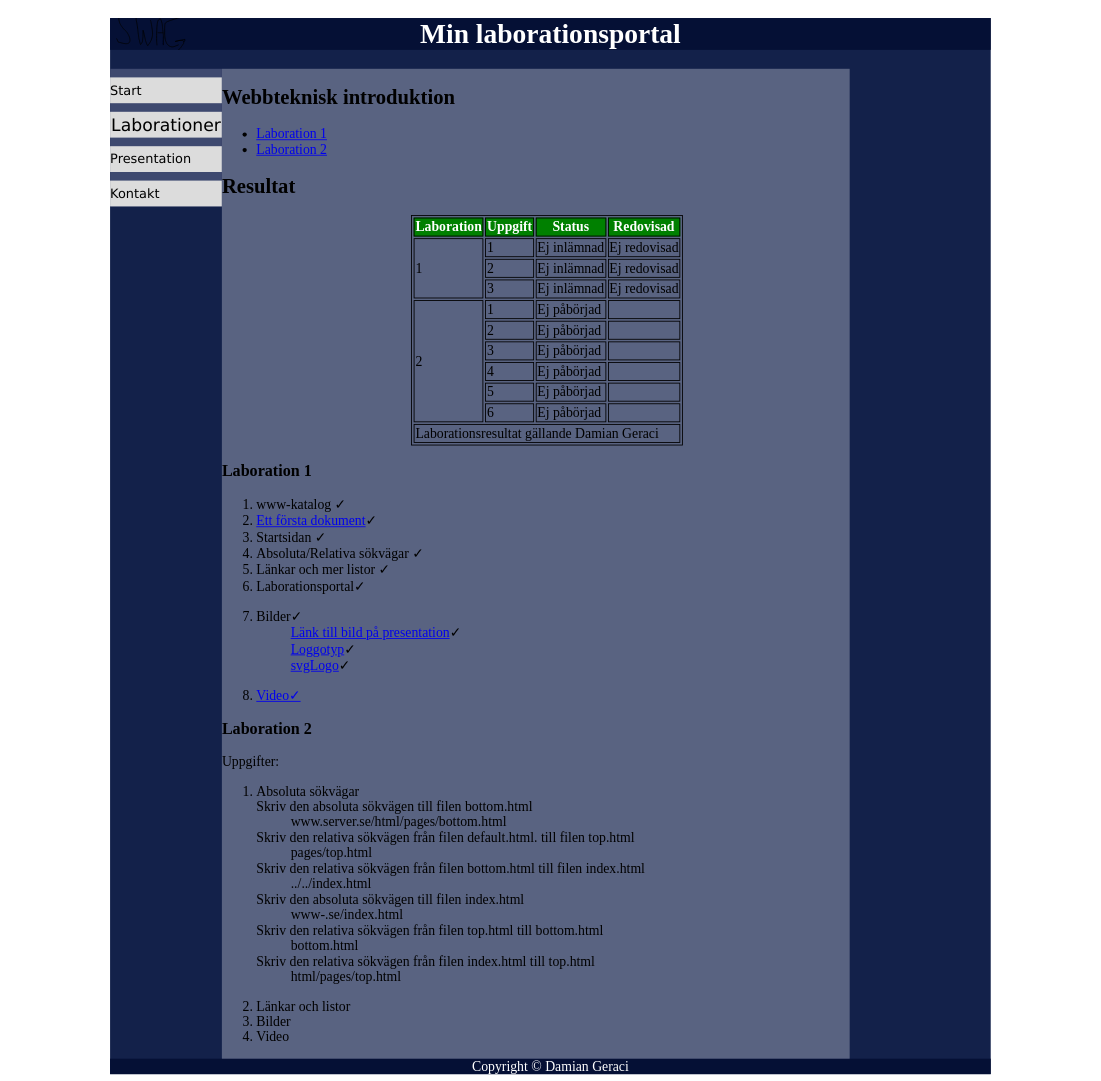
Repository: dg222dm/1ik415-laborationer
Page: pages/laborationer.html
The author's editor kept a record of every edit. The page is drawn from the files as they stood at one moment, then again after the next edit.
The browser window is 1280 px wide. The pictures show the whole page, at 86% of full size.

Above is the page before.

### pages/laborationer.html
<!doctype html>
<html lang="sv">
    <head>
        <link rel="stylesheet"  href="../css/style.css" />
        <meta charset="utf-8" />
        <title>Laborationer</title>
        <!--http://docs.webplatform.org/wiki/guides/html_tables -->
        <style>
        table,th,td
        {
        border:1px solid black;
        }
        </style>
    </head>

    <body>
    <div id="background">
    <div id="header">
        <h1>Min laborationsportal</h1>
    </div>

    <div id="nav">
        <ul>
            <li><a href="../index.html">Start</a></li>
            <li class="active"><a href="laborationer.html">Laborationer</a></li>
            <li><a href="presentation.html">Presentation</a></li>
            <li><a href="kontakt.html">Kontakt</a></li>

        </ul>
    </div>
    <div id="content">
    <article>
        <h2>Webbteknisk introduktion</h2>

        <ul>
            <li><a href="#lab1">Laboration 1</a></li>
            <li><a href="#lab2">Laboration 2</a></li>
        </ul>

<!--Tabell med studieresultat -->
<!-- http://www.w3schools.com/tags/tryit.asp?filename=tryhtml_td_rowspan -->
        <h2>Resultat</h2>
        <table class="center">
            <thead>
                <tr>
                    <th>Laboration</th>
                    <th>Uppgift</th>
                    <th>Status</th>
                    <th>Redovisad</th>
                </tr>
            </thead>
            <tbody>
                <tr>
                    <td rowspan="3">1</td>
                    <td>1</td>
                    <td>Ej inlämnad</td>
                    <td>Ej redovisad</td>

                </tr>
                <tr>
                    <td>2</td>
                    <td>Ej inlämnad</td>
                    <td>Ej redovisad</td>
                </tr>
                <tr>
                    <td>3</td>
                    <td>Ej inlämnad</td>
                    <td>Ej redovisad</td>
                </tr>
                <tr>
                    <td rowspan="6">2</td>
                    <td>1</td>
                    <td>Ej påbörjad</td>
                    <td></td>
                </tr>
                <tr>
                    <td>2</td>
                    <td>Ej påbörjad</td>
                    <td></td>
                </tr>
                <tr>
                    <td>3</td>
                    <td>Ej påbörjad</td>
                    <td></td>
                </tr>
                <tr>
                    <td>4</td>
                    <td>Ej påbörjad</td>
                    <td></td>
                </tr>
                <tr>
                    <td>5</td>
                    <td>Ej påbörjad</td>
                    <td></td>
                </tr>
                <tr>
                    <td>6</td>
                    <td>Ej påbörjad</td>
                    <td></td>
                </tr>
            </tbody>
            <tfoot>
                <tr>
                    <td colspan="4">Laborationsresultat gällande Damian Geraci</td>
                </tr>
            </tfoot>
        </table>
<!--Slut på länklista med ID attributer-->
        <h3><a id="lab1">Laboration 1</a></h3>
        <ol>
            <li>www-katalog &#x2713;</li>
            <li><a href="presentation.html">Ett första dokument</a>&#x2713;</li>
            <li>Startsidan &#x2713;</li>
            <li>Absoluta/Relativa sökvägar &#x2713;</li>
            <li>Länkar och mer listor &#x2713;</li>
            <li>Laborationsportal&#x2713;</li>
            <!-- fråga läraren om mellanrummet -->
            <li><dl>
                <dt>Bilder&#x2713;</dt>
                <dd><a href="presentation.html#lyra">Länk till bild på presentation</a>&#x2713;</dd>
                <dd><a href="../pics/LoggoLab1.png">Loggotyp</a>&#x2713;</dd>
                <dd><a href="../index.html#svgLogo">svgLogo</a>&#x2713;</dd>
            </dl></li>
            <li><a href="../index.html#motivation">Video&#x2713;</a></li>
        </ol>
        <h3><a id="lab2">Laboration 2</a></h3>

<!--Lista med Laborations uppgifter-->
        <p>Uppgifter:</p>
        <ol>
            <li><dl>
                    <dt>Absoluta sökvägar</dt>
                    <dt>Skriv den absoluta sökvägen till filen bottom.html</dt>
                    <dd>www.server.se/html/pages/bottom.html</dd>
                    <dt>Skriv den relativa sökvägen från filen default.html. till filen top.html</dt>
                    <dd>pages/top.html</dd>
                    <dt>Skriv den relativa sökvägen från filen bottom.html till filen index.html</dt>
                    <dd>../../index.html</dd>
                    <dt>Skriv den absoluta sökvägen till filen index.html</dt>
                    <dd>www-.se/index.html</dd>
                    <dt>Skriv den relativa sökvägen från filen top.html till bottom.html</dt>
                    <dd>bottom.html</dd>
                    <dt>Skriv den relativa sökvägen från filen index.html till top.html</dt>
                    <dd>html/pages/top.html</dd>
            </dl></li>
            <li>Länkar och listor</li>
            <li>Bilder</li>
            <li>Video</li>
        </ol>
    </article>
    </div>
    <div id="footer">
    Copyright © Damian Geraci
    </div>
    </div>
    </body>
</html>

### css/style.css
#header {
    width:1024px;
    background-color:#051035;
    color:white;
    text-align:center;
    background-image: url(../css/pics/svgLogo.svg);
    background-size: 100px 100px;
    background-position: left -20px;
    background-repeat: no-repeat;

}
#nav ul{
    line-height:30px;
    background-color:#3E496F;
    list-style-type: none;
    font-family: verdana;
    font-size:15px;
    float:left;
    margin: 0;
    padding:0;
}

#nav li{
    margin: 10px 0 0; /*Mellan rum mellan list items*/
}

.active {
    font-size:20px;
    text-align:center;
}

#nav a{
    display: block;
    width: 130px;
    background: #dcdcdc;
    text-decoration: none; /*tar bort understräcken*/
}

#nav a:link, #nav a:active, #nav a:visited {
    color: #000000;
}

#nav a:hover {
    border:1px solid #000000;
    background:#333333;
    color: #ffffff;
}

#background {
    width:1024px;
    height:auto;
    margin:0 auto;
    background-color:#13214A;
}



#footer {
    background-color:#051035;
    width:1024px;
    color:white;
    clear:both;
    text-align:center;

}

#content {
  width: 730px;
  float:left;
  background-color:#596381;
  height: auto;

}

.right {
    float: right;
    border:1px solid #021a40;
    padding: 1px;
}
.left {
    float: left;
    border:1px solid #021a40;
    padding: 1px;
}

.center {
    margin-left:220px;

  }

  table, td, th {
    border: 1px  solid;
}

th {
    background-color: green;
    color: white;
}
/*
header färg: #051035
nav fönster färg: #3E496F
bakgrundsfärg: #13214A
content färg: #596381
footer färg: #051035

*/

After the next edit:
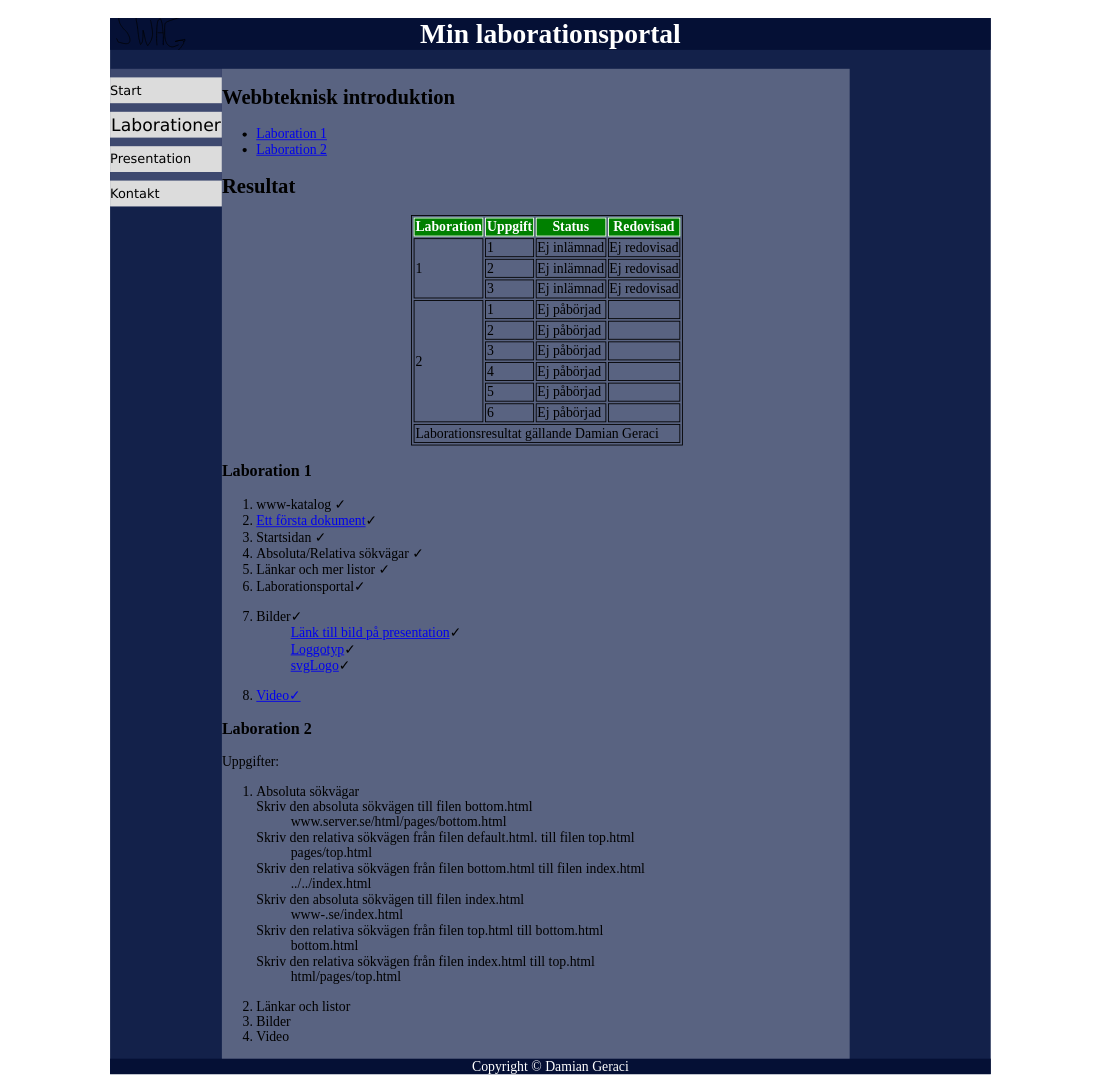
The edit:
--- a/pages/laborationer.html
+++ b/pages/laborationer.html
@@ -5,12 +5,7 @@
         <meta charset="utf-8" />
         <title>Laborationer</title>
         <!--http://docs.webplatform.org/wiki/guides/html_tables -->
-        <style>
-        table,th,td
-        {
-        border:1px solid black;
-        }
-        </style>
+
     </head>
 
     <body>
